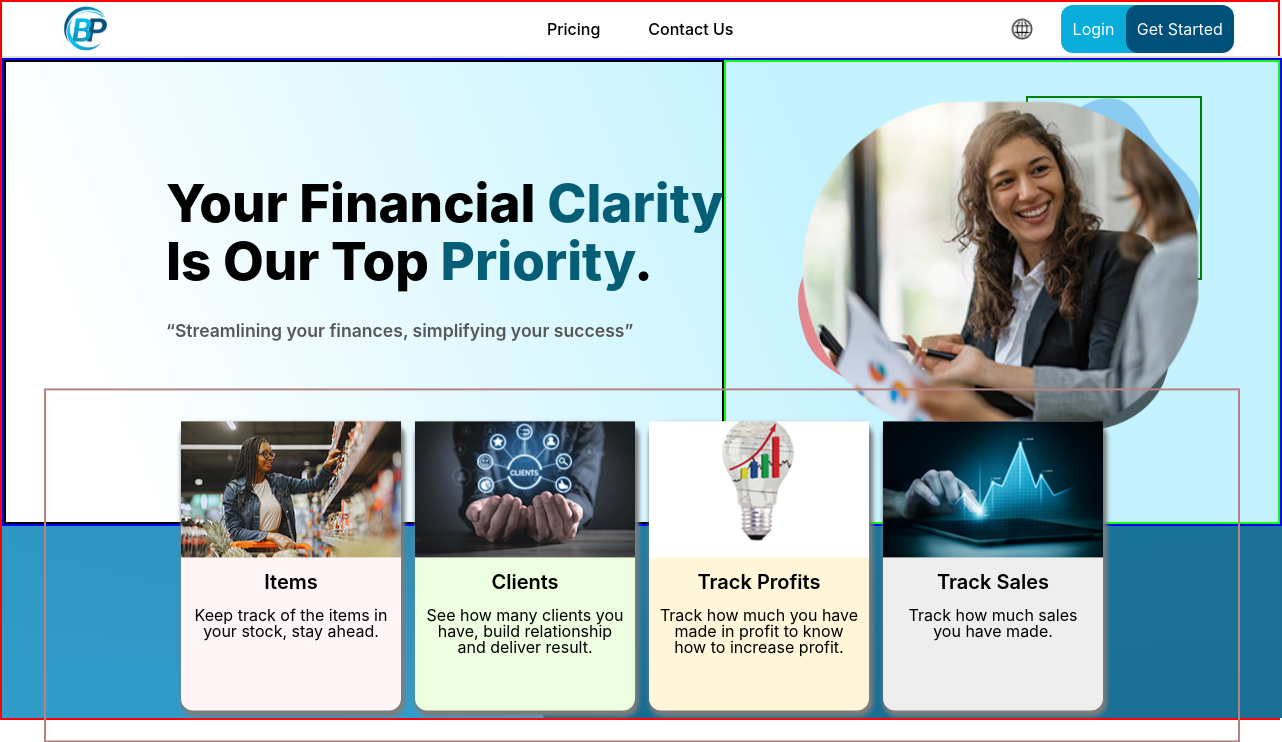
Repository: dark-txch/Bizpadi
Page: /
An editor plug-in stored every save of this project. The page is shown before and after the next save, followed by the edit.
The browser window is 1280 px wide. The page is 1282 px wide, so the pictures cover 1282 px, including what lies to the right of the window. The pictures show the whole page.
The project was rebuilt for these pictures with package versions that can differ from the ones it lists, and the page was loaded fresh each time. Also part of the build but not shown: vite.config.js, src/components/ErrorBoundary.jsx, src/components/LandingPage/PricingPage/Pricing.jsx, src/components/LandingPage/LogInPage/LogIn.jsx.

Above is the page before, as saved 2025-04-07 09:46:20.

After the next save:
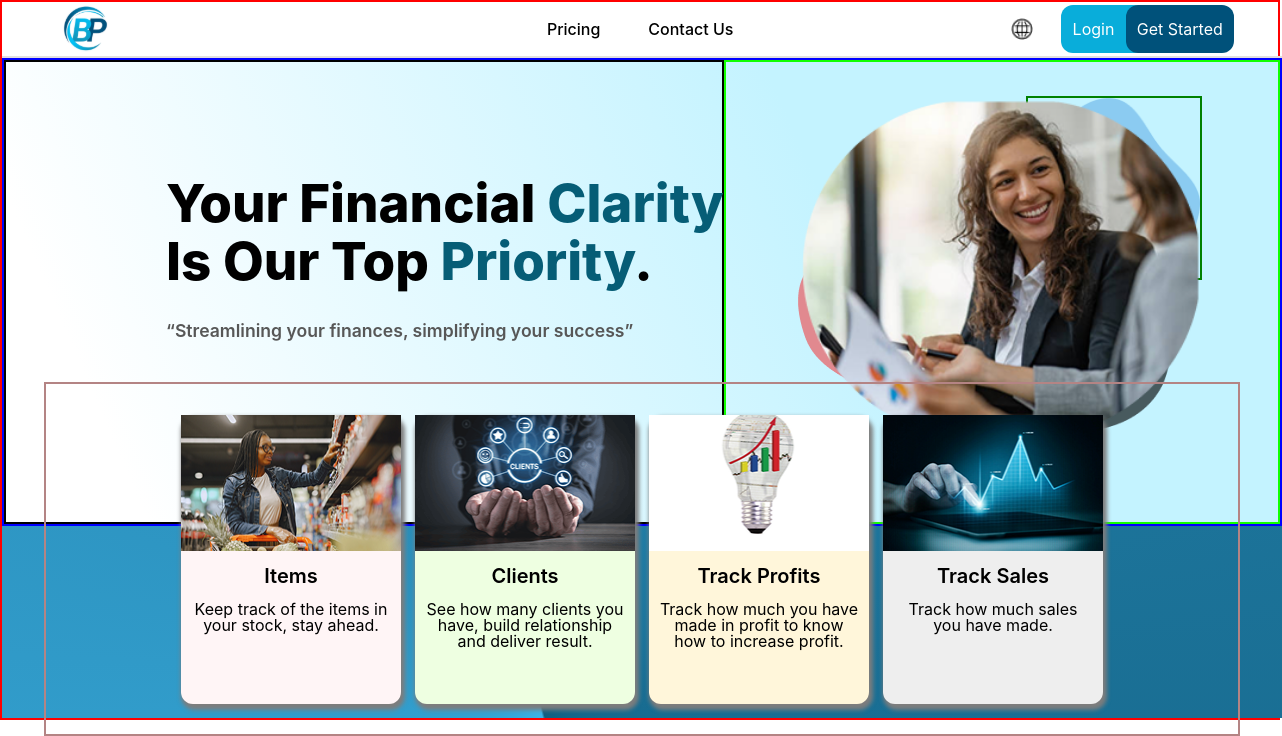
Saved 5 s later.
--- a/src/App.css
+++ b/src/App.css
@@ -235,7 +235,7 @@
 	gap: 14px;
 	position: absolute;
 	/* top: 400px; */
-	transform: translate(0, -8.6rem);
+	transform: translate(0, -9rem);
 	z-index: 999;
 
 	border: 2px solid rgb(180, 132, 132);
